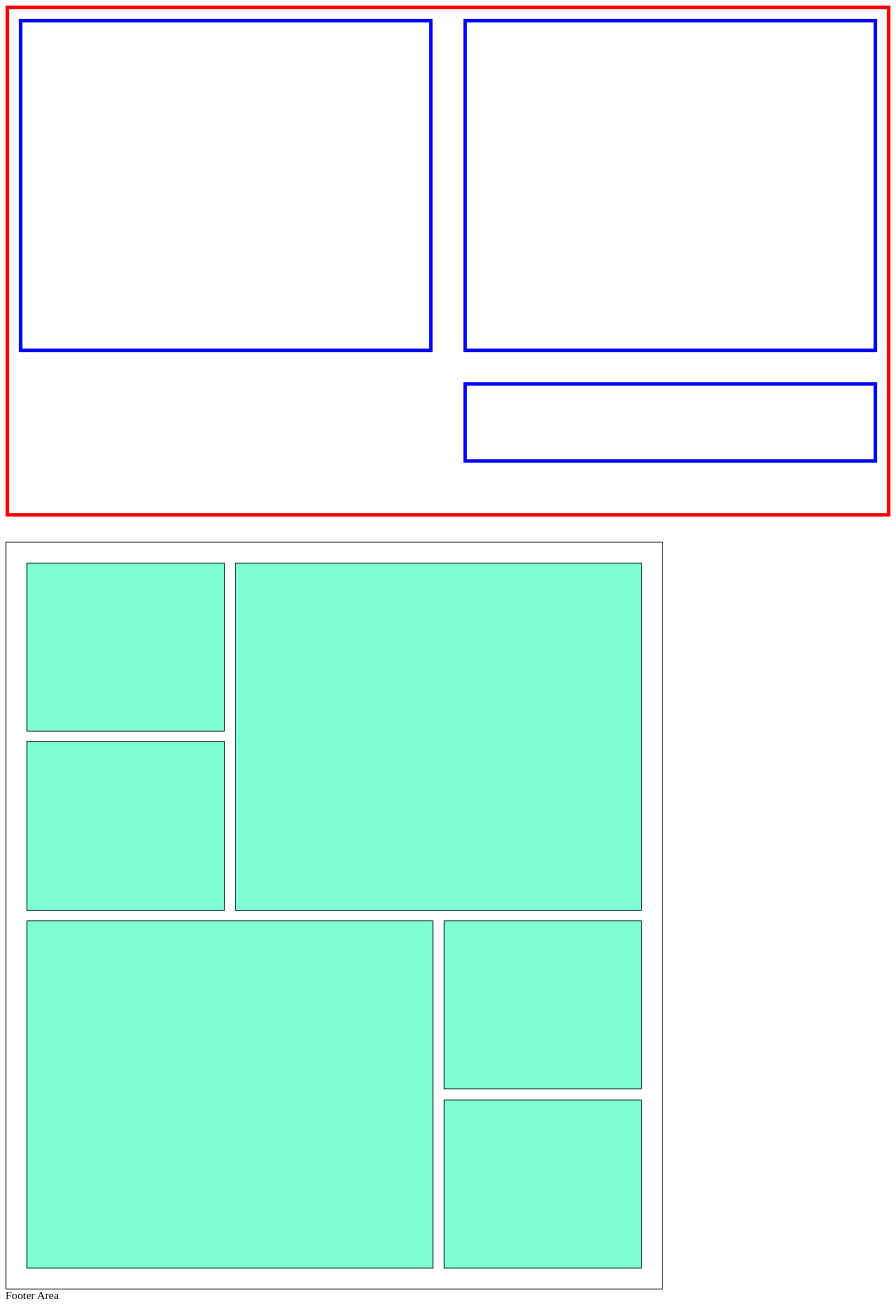
Repository: BwesewB/Brutalist-Website
Page: /
The author's editor kept a copy of each file at every save. The page is drawn from the files as they stood at one save, then again after the next save.
The browser window is 1280 px wide. The pictures show the whole page, at 70% of full size.
The project was rebuilt for these pictures with package versions that can differ from the ones it lists, and the page was loaded fresh each time. The framework's server and built-in components were replaced by stand-ins that run in the browser. Also part of the build but not shown: next.config.mjs.

Above is the page before, as saved 2024-02-03 17:43:25.

### pages/index.js
import Head from "next/head";
import Image from "next/image";
import styles from "@/styles/Home.module.css";
import { useState } from "react";



export default function Home() {

  const[input,setInput] = useState();


  const classFilters = {
    1: 'Magician',
    2: 'Theif',
    4: 'Warrior',
    8: 'Bowman',
    16: 'Pirate',
    32: 'Nothing'
  }

const getClassStyle = flagValue => (input & flagValue) > 0 ? { backgroundColor: 'yellow'} : null;

  return (
    <>
      <Head>
        <title>Create Next App</title>
        <meta name="description" content="Generated by create next app" />
        <meta name="viewport" content="width=device-width, initial-scale=1" />
        <link rel="icon" href="/favicon.ico" />
      </Head>
      <main className={`${styles.main}`}>
        <div className={styles.titlePage}>
          <div className={styles.graphic}></div>
          <div className={styles.displayPanel}></div>
          <div className={styles.inputArea}></div>
        </div>
        <div className={styles.displayArea}>
          <div className={styles.posterOne}></div>
          <div className={styles.posterTwo}></div>
          <div className={styles.posterThree}></div>
          <div className={styles.posterFour}></div>
          <div className={styles.posterFive}></div>
          <div className={styles.posterSix}></div>
        </div>
      </main>
      <footer>
        Footer Area
      </footer>
    </>
  );
}

{/* <div class="inputArea">
<input
id="input"
type="text"
placeholder="bitmask decimal value"
value={input}
onChange={event => setInput(event.target.value)}
/>
</div>
<div class="posterArea" >                                                             need to change to posters
<table>
  <tbody>
    {
      Object.keys(classFilters).map(item => (
        <tr key={item} style={getClassStyle(item)}>
          <td>{item}</td>
          <td>{classFilters[item]}</td>
        </tr>
      ))
    }
  </tbody>
</table>
</div> */}

### styles/globals.css
:root{

}

### styles/Home.module.css
.main {
  display:grid;
  grid-template-columns: repeat(4, 1fr);
  gap:5vh;
}

/* <div class="titlePage">
<div class="graphic"></div>
<div class="inputArea"></div>
</div>
<div class="displayArea">
<div class="posterOne"></div>
<div class="posterTwo"></div>
<div class="posterThree"></div>
<div class="posterFour"></div>
<div class="posterFive"></div>
<div class="posterSix"></div>
</div> */

.titlePage{
  height:100vh;
  grid-column: 1/5;
  border: 5px solid red;
/*---------------------------------------------------------------------------------------------------------*/
  display:grid;
  grid-template-columns: repeat(2, 1fr);
  grid-template-rows: 70vh 20vh;
  gap:2vh;
}

.graphic, .displayPanel, .inputArea{
  border: 5px solid blue;
  margin:2vh;
}

.graphic{
  grid-column: 1/2;
}

.displayPanel{
  grid-column: 2/3;
  grid-template-columns: repeat(2, 1fr);
}

.inputArea{
  grid-column: 2/3;
  grid-row:2/3;
}

/*---------------------------------------------------------------------------------------------------------*/
.displayArea {
  grid-column: 1/4;
/*--------------------------------------------------------------------------------------------------------- This needs to be in a component*/
  display: grid;
  grid-template-columns: repeat(3, 1fr);
  grid-template-rows: repeat(4, 1fr);
  gap: 2vh;
  border: 1px solid black;
  height:140vh;
  padding: 4vh;
}
/*---------------------------------------------------------------------------------------------------------*/

.posterOne,
.posterTwo,
.posterThree,
.posterFour,
.posterFive,
.posterSix {
  background-color: aquamarine;
  border: 1px solid black;
}

.posterTwo{
  grid-column: 2/4;
  grid-row: 1/3;
}

.posterFour{
  grid-column: 1/3;
  grid-row: 3/5;
}

Loaded but not shown: pages/_app.js (common file); pages/_document.js (common file)

After the next save:
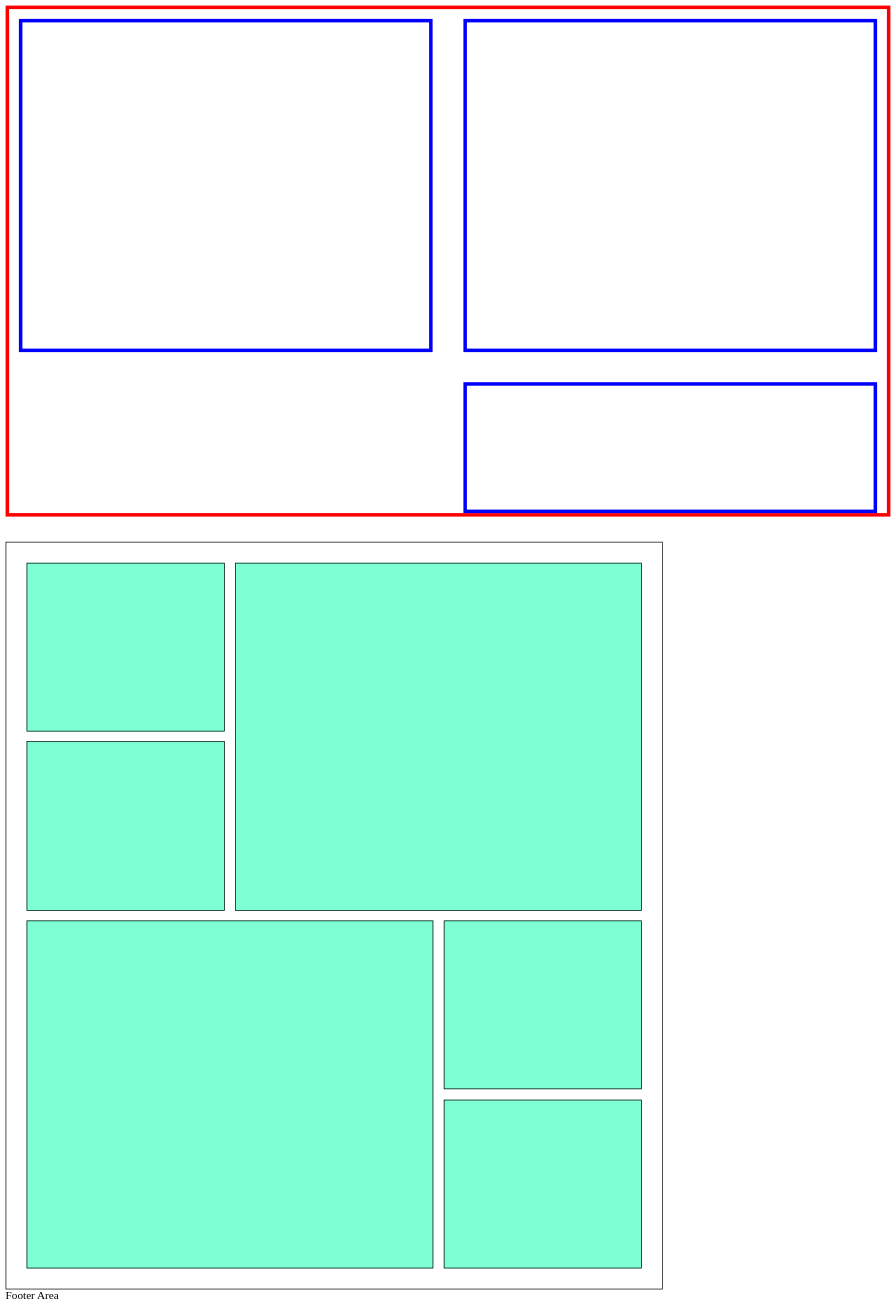
Saved 21 s later.
--- a/styles/Home.module.css
+++ b/styles/Home.module.css
@@ -24,7 +24,7 @@
 /*---------------------------------------------------------------------------------------------------------*/
   display:grid;
   grid-template-columns: repeat(2, 1fr);
-  grid-template-rows: 70vh 20vh;
+  grid-template-rows: 70vh 30vh;
   gap:2vh;
 }
 
